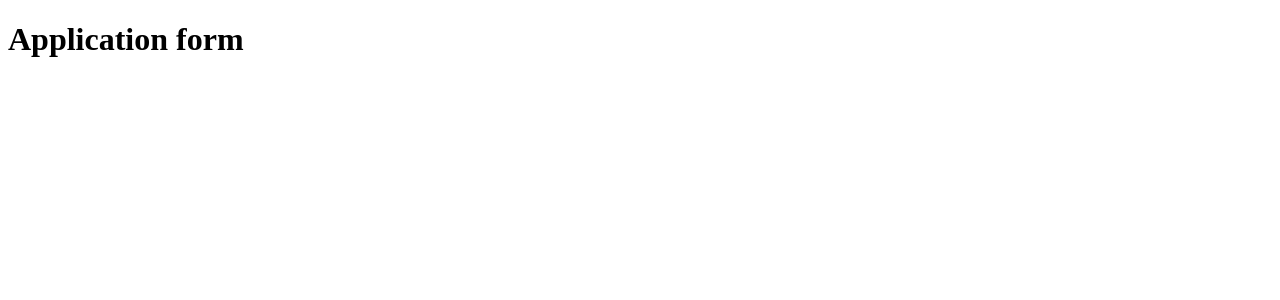
Repository: thanhp6868/ltWeb
Page: 2709_3.html
The author's editor kept a copy of each file at every save. The page is drawn from the files as they stood at one save, then again after the next save.
The browser window is 1280 px wide. The pictures show the whole page.

Above is the page before, as saved 2023-09-27 14:23:20.

After the next save:
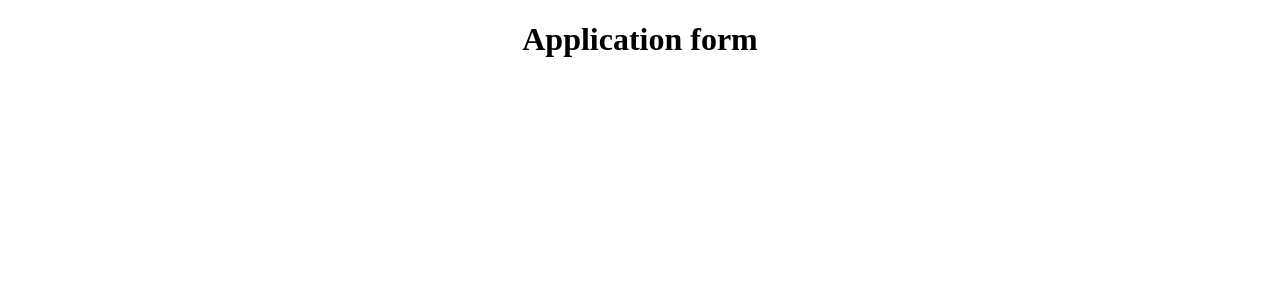
Saved 2 min 2 s later.
--- a/2709_3.html
+++ b/2709_3.html
@@ -7,7 +7,7 @@
 </head>
 <body>
 
-    <b><h1>Application form</h1></b>
+    <center><b><h1>Application form</h1></b></center>
 
 </body>
 </html>
